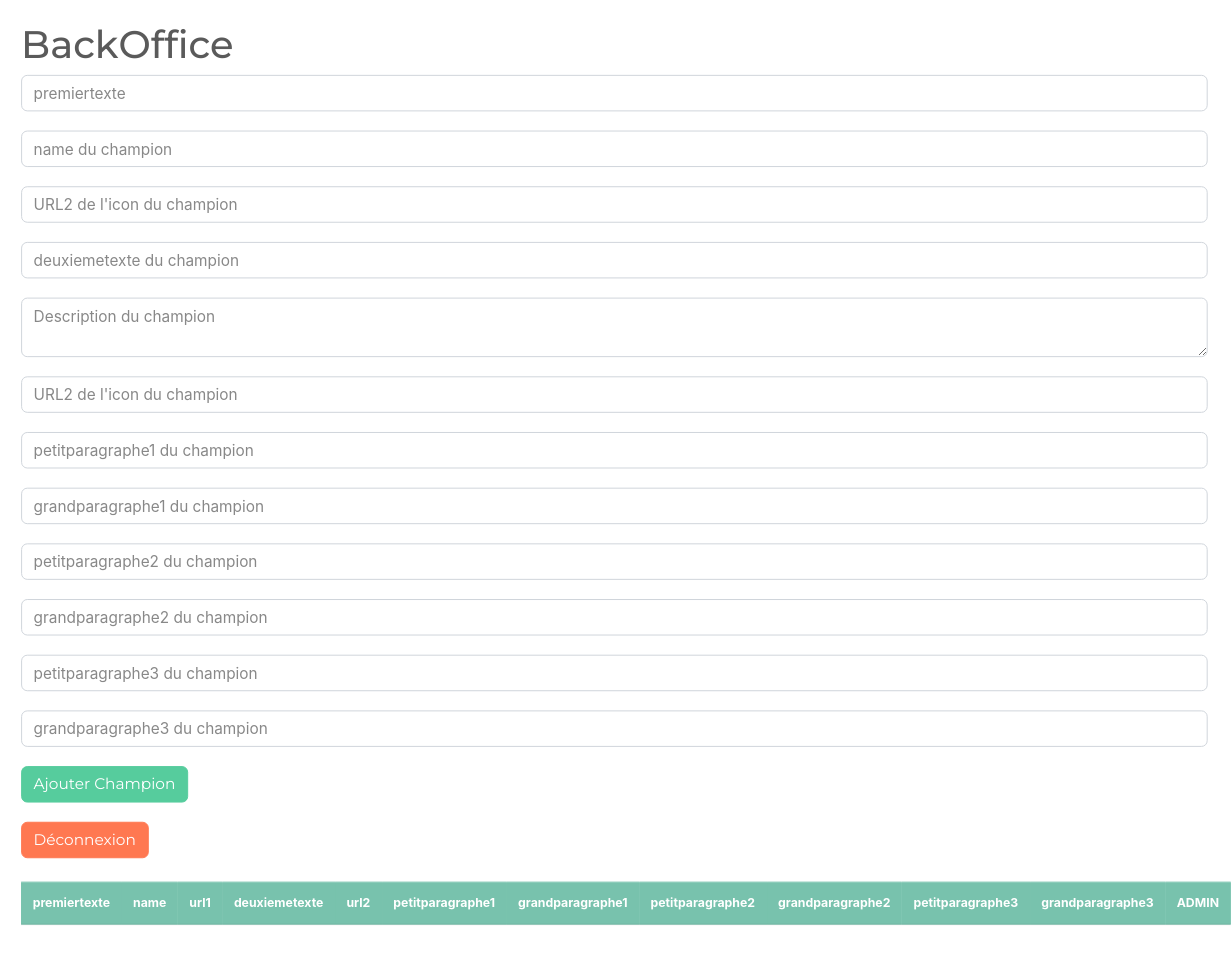
Repository: AdilGHAZAL/MosaiqueWebdoc
Page: /backoffice
An editor plug-in stored every save of this project. The page is shown before and after the next save, followed by the edit.
The browser window is 1280 px wide. The page is 1282 px wide, so the pictures cover 1282 px, including what lies to the right of the window. The pictures show the whole page, at 96% of full size.
The page's requests for data from a server got no answer. Some web fonts or font styles are not loaded; a fallback is used. Some web libraries are served in a nearby version. The project was rebuilt for these pictures with package versions that can differ from the ones it lists, and the page was loaded fresh each time. No one was signed in, and anything a server would have sent is missing. Also part of the build but not shown: vite.config.js, src/App.css, src/components/Navbar.css, src/components/Navbar.jsx, src/components/Athletes.css, src/components/Athletes.jsx, src/components/Athletes2.jsx, src/components/Athletes3.jsx and 18 more.

Above is the page before, as saved 2024-05-02 19:04:50.

### index.html
<!doctype html>
<html lang="en">
  <head>
    <meta charset="UTF-8" />
    <link rel="icon" type="image/svg+xml" href="./src/logos/logoMosaique.svg" />
    <meta name="viewport" content="width=device-width, initial-scale=1.0" />
    <title>Mosaique</title>
    <link rel="preconnect" href="https://fonts.googleapis.com">
<link rel="preconnect" href="https://fonts.gstatic.com" crossorigin>
<link href="https://fonts.googleapis.com/css2?family=Mina:wght@400;700&display=swap" rel="stylesheet">
<link rel="stylesheet" href="https://cdn.jsdelivr.net/npm/bootswatch@4.5.2/dist/minty/bootstrap.min.css">
  </head>
  <body>
    <div id="root"></div>
    <script type="module" src="/src/main.jsx"></script>
  </body>
</html>

### src/App.jsx
// App.jsx
import React from 'react';
import { BrowserRouter as Router, Routes, Route} from 'react-router-dom';
import './App.css'; // Import the CSS file
import HomePage from './components/HomePage';
import Athlete1 from './Athelete1/Athlete1'; // Import the NouvellePage component
import LoginScreen from './LoginScreen';
import MainView from './backoffice';
import TrainingPage from './TrainingPage';
const App = () => {
    return (
        <Router>

                <Routes>
                    <Route path="/" element={<HomePage/>} />
                    <Route path="/Athlete1" element={<Athlete1/>} />
                    <Route path="/login" element={<LoginScreen/>  }/>
                    <Route path='/backoffice'element={<MainView/>}/>
                </Routes>

        </Router>
    );
};

export default App;

### src/index.css
:root {
  --rose: #E9257F

}

### src/backoffice.jsx
import React, { useState, useEffect } from 'react';
import { getFirestore, collection, addDoc, getDocs, deleteDoc, doc, updateDoc } from "firebase/firestore";
import { getAuth, signOut } from "firebase/auth";
import "./firebaseConfig"

export default function MainView() {
  const [champions, setChampions] = useState([]);
  const [championData, setChampionData] = useState({
    premiertexte: '',
    name: '',
    url1: '',
    deuxiemetexte: '',
    url2: '',
    petitparagraphe1: '',
    grandparagraphe1: '',
    petitparagraphe2: '',
    grandparagraphe2: '',
    petitparagraphe3: '',
    grandparagraphe3: '',
  });
  const [editingChampionId, setEditingChampionId] = useState(null);
  const auth = getAuth();
  const firestore = getFirestore();

  useEffect(() => {
    const fetchChampions = async () => {
      const championsSnapshot = await getDocs(collection(firestore, "champions"));
      const championsData = championsSnapshot.docs.map(doc => ({ id: doc.id, ...doc.data() }));
      setChampions(championsData);
    };

    fetchChampions();
  }, [firestore]);

  const handleInputChange = (e) => {
    const { name, value } = e.target;
    setChampionData({ ...championData, [name]: value });
  };

  const handleAddChampion = async (e) => {
    e.preventDefault();
    try {
      await addDoc(collection(firestore, "champions"), championData);
      console.log("Champion ajouté avec succès");
      // Réinitialiser les données du champion après l'ajout réussi
      setChampionData({
        premiertexte: '',
    name: '',
    url1: '',
    deuxiemetexte: '',
    url2: '',
    petitparagraphe1: '',
    grandparagraphe1: '',
    petitparagraphe2: '',
    grandparagraphe2: '',
    petitparagraphe3: '',
    grandparagraphe3: '',
      });
    } catch (error) {
      console.error("Erreur lors de l'ajout du champion :", error);
    }
  };


  const handleEditChampion = (champion) => {
    setEditingChampionId(champion.id);
    setChampionData({
        premiertexte: champion.premiertexte,
    name: champion.name,
    url1: champion.url1,
    deuxiemetexte: champion.deuxiemetexte,
    url2: champion.url2,
    petitparagraphe1: champion.petitparagraphe1,
    grandparagraphe1: champion.grandparagraphe1,
    petitparagraphe2: champion.petitparagraphe2,
    grandparagraphe2: champion.grandparagraphe2,
    petitparagraphe3: champion.petitparagraphe3,
    grandparagraphe3: champion.grandparagraphe3,
    });
  };

  const handleUpdateChampion = async () => {
    try {
      await updateDoc(doc(firestore, "champions", editingChampionId), {
        premiertexte: championData.premiertexte,
    name: championData.name,
    url1: championData.url1,
    deuxiemetexte: championData.deuxiemetexte,
    url2: championData.url2,
    petitparagraphe1: championData.petitparagraphe1,
    grandparagraphe1: championData.grandparagraphe1,
    petitparagraphe2: championData.petitparagraphe2,
    grandparagraphe2: championData.grandparagraphe2,
    petitparagraphe3: championData.petitparagraphe3,
    grandparagraphe3: championData.grandparagraphe3,
      });
      console.log("Champion mis à jour avec succès");
      // Mettre à jour le tableau des champions après la mise à jour
      const updatedChampions = champions.map(champion => {
        if (champion.id === editingChampionId) {
          return {
            ...champion,
            premiertexte: championData.premiertexte,
    name: championData.name,
    url1: championData.url1,
    deuxiemetexte: championData.deuxiemetexte,
    url2: championData.url2,
    petitparagraphe1: championData.petitparagraphe1,
    grandparagraphe1: championData.grandparagraphe1,
    petitparagraphe2: championData.petitparagraphe2,
    grandparagraphe2: championData.grandparagraphe2,
    petitparagraphe3: championData.petitparagraphe3,
    grandparagraphe3: championData.grandparagraphe3,
          };
        }
        return champion;
      });
      setChampions(updatedChampions);
      // Réinitialiser les données du champion après la mise à jour réussie
      setChampionData({
        premiertexte: '',
    name: '',
    url1: '',
    deuxiemetexte: '',
    url2: '',
    petitparagraphe1: '',
    grandparagraphe1: '',
    petitparagraphe2: '',
    grandparagraphe2: '',
    petitparagraphe3: '',
    grandparagraphe3: '',
      });
      setEditingChampionId(null);
    } catch (error) {
      console.error("Erreur lors de la mise à jour du champion :", error);
    }
  };

  const handleDeleteChampion = async (id) => {
    try {
      await deleteDoc(doc(firestore, "champions", id));
      console.log("Champion supprimé avec succès");
      // Mettre à jour la liste des champions après la suppression
      setChampions(champions.filter(champion => champion.id !== id));
    } catch (error) {
      console.error("Erreur lors de la suppression du champion :", error);
    }
  };

  const handleSignOut = () => {
    signOut(auth)
      .then(() => {
        console.log("Déconnexion réussie");
        // Naviguer vers la pweight de connexion après la déconnexion
      })
      .catch((error) => {
        console.error("Erreur lors de la déconnexion :", error);
      });
  };

  return (
    <>
    <div style={{width:'100vw', padding:"22px"}}>
      <h1>BackOffice</h1>
      <form style={{marginBottom:"20px"}} onSubmit={editingChampionId ? handleUpdateChampion : handleAddChampion}>
        <input style={{marginBottom:"20px"}} className='form-control' type="text" name="premiertexte" value={championData.premiertexte} onChange={handleInputChange} placeholder="premiertexte" required />
        <input style={{marginBottom:"20px"}} className='form-control' type="text" name="name" value={championData.name} onChange={handleInputChange} placeholder="name du champion" required />
        <input style={{marginBottom:"20px"}} className='form-control' type="url" name="url1" value={championData.url1} onChange={handleInputChange} placeholder="URL2 de l'icon du champion" required />
        <input style={{marginBottom:"20px"}} className='form-control' type="text" name="deuxiemetexte" value={championData.deuxiemetexte} onChange={handleInputChange} placeholder="deuxiemetexte du champion" required />
        <textarea style={{marginBottom:"20px"}} className='form-control' name="description" value={championData.description} onChange={handleInputChange} placeholder="Description du champion" required />
        <input style={{marginBottom:"20px"}} className='form-control' type="url" name="url2" value={championData.url2} onChange={handleInputChange} placeholder="URL2 de l'icon du champion" />
        <input style={{marginBottom:"20px"}} className='form-control' type="text" name="petitparagraphe1" value={championData.petitparagraphe1} onChange={handleInputChange} placeholder="petitparagraphe1 du champion" required />
        <input style={{marginBottom:"20px"}} className='form-control' type="text" name="grandparagraphe1" value={championData.grandparagraphe1} onChange={handleInputChange} placeholder="grandparagraphe1 du champion" required />
        <input style={{marginBottom:"20px"}} className='form-control' type="text" name="petitparagraphe2" value={championData.petitparagraphe2} onChange={handleInputChange} placeholder="petitparagraphe2 du champion" required />
        <input style={{marginBottom:"20px"}} className='form-control' type="text" name="grandparagraphe2" value={championData.grandparagraphe2} onChange={handleInputChange} placeholder="grandparagraphe2 du champion" required />
        <input style={{marginBottom:"20px"}} className='form-control' type="text" name="petitparagraphe3" value={championData.petitparagraphe3} onChange={handleInputChange} placeholder="petitparagraphe3 du champion" required />
        <input style={{marginBottom:"20px"}} className='form-control' type="text" name="grandparagraphe3" value={championData.grandparagraphe3} onChange={handleInputChange} placeholder="grandparagraphe3 du champion" required />
        <button className='btn btn-success' type="submit">{editingChampionId ? "Mettre à jour Champion" : "Ajouter Champion"}</button>
      </form>
      <button className='btn btn-danger' title='Déconnexion' onClick={handleSignOut}>Déconnexion</button>

      <table className='table table-hover mt-4' style={{fontSize:'0.8rem'}}>
        <thead>
          <tr className='table-primary'>
          <th scope='col'>premiertexte</th>
            <th scope='col'>name</th>
            <th scope='col'>url1</th>
            <th scope='col'>deuxiemetexte</th>
            <th scope='col'>url2</th>
            <th scope='col'>petitparagraphe1</th>
            <th scope='col'>grandparagraphe1</th>
            <th scope='col'>petitparagraphe2</th>
            <th scope='col'>grandparagraphe2</th>
            <th scope='col'>petitparagraphe3</th>
            <th scope='col'>grandparagraphe3</th>
            <th>ADMIN</th>
          </tr>
        </thead>
        <tbody>
          {champions.map((champion) => (
            <tr key={champion.id}>
              <td>{champion.premiertexte}</td>
              <td>{champion.name}</td>
              <td>{champion.url1}</td>
              <td>{champion.deuxiemetexte}</td>
              <td>{champion.url2}</td>
              <td>{champion.petitparagraphe1}</td>
              <td>{champion.grandparagraphe1}</td>
              <td>{champion.petitparagraphe2}</td>
              <td>{champion.grandparagraphe2}</td>
              <td>{champion.petitparagraphe3}</td>
              <td>{champion.grandparagraphe3}</td>
              <td>
                <button className='btn btn-danger' onClick={() => handleDeleteChampion(champion.id)}>Supprimer</button>
                <button className='btn btn-warning' onClick={() => handleEditChampion(champion)}>Modifier</button>
              </td>
            </tr>
          ))}
        </tbody>
      </table>
      </div>
    </>
  );
}

### src/components/HomePage.css
/* App.css */
body {
    margin: 0;
    background-color: #ffffff;
    color: #000000;
    display: flex;
    flex-direction: column;
    align-items: center;
    justify-content: center;
    min-height: 100vh;

  }

  .app-container {
      font-family: "SF Pro Display-Medium", Helvetica;
    width: 100vw;
    height: 100%;
    min-height: 100vh;
    /*  background-image: url('./assets/ub1.png');*/
    display: flex;
    flex-direction: column;
    margin: auto;
    background-color: #ffffff;
  }

  .main-title {
    font-family: 'SF Pro Display', sans-serif;
    font-size: 70px;
    font-weight: 500;
    line-height: 83.54px;
    text-align: center;
    margin-top: 100px;
  }

  .bold-text {
    font-weight: 700;
  }

  .content {
    padding: 20px;
    width: 100%;
    max-width: 1200px;
    margin: auto;

  }

  .UBimage {
    width: auto;
  }

  .bottom-text {
    font-size: 18px;
    text-align: center;
    margin-top: 30px;
  }
  .scroll-reveal > * {
    /* text-align: justify; */
    display: inline;
    color:hsl(0deg 22.14% 64.8% / 20%);
    font-size: 60px;
    font-weight: 500;
    background-clip: text;
    background-repeat: no-repeat;
    background-size: 0% 100%;
    background-image: linear-gradient( #E9257F, #ce1f71 );
    animation: scroll-reveal linear forwards;
    animation-timeline: view();
  }

  .scroll-text {

    text-align: justify;
  }
  @keyframes scroll-reveal {
    to {
      background-size: 100% 100%;
    }
  }
  .scroll-reveal p {
    /* font-family: SF Pro Display; */


  }

  .scrollPhotos {
    display: flex;
    justify-content: flex-start; /* Align photos to the maximum left */
    width: 100%;
    overflow-x: auto; /* Enable horizontal scrolling if photos exceed container width */
    padding: 20px 0; /* Optional padding */
  }

### src/firebaseConfig.jsx
// Import the functions you need from the SDKs you need
import { initializeApp } from "firebase/app";
import { getAuth } from "firebase/auth";
import { getFirestore } from "firebase/firestore";
// TODO: Add SDKs for Firebase products that you want to use
// https://firebase.google.com/docs/web/setup#available-libraries

// Your web app's Firebase configuration
const firebaseConfig = {
  apiKey: "AIzaSyAUMnE3uMe61y8NbS4tX2Nn4PoW8VoGS0U",
  authDomain: "webdoc-a4a03.firebaseapp.com",
  projectId: "webdoc-a4a03",
  storageBucket: "webdoc-a4a03.appspot.com",
  messagingSenderId: "931293814028",
  appId: "1:931293814028:web:5bc01cfec675ae5bf27d29"
};

// Initialize Firebase
export const FIREBASE_APP = initializeApp(firebaseConfig);
export const FIREBASE_AUTH=getAuth(FIREBASE_APP)
export const db=getFirestore(FIREBASE_APP)

Loaded but not shown: src/main.jsx (common file)

After the next save:
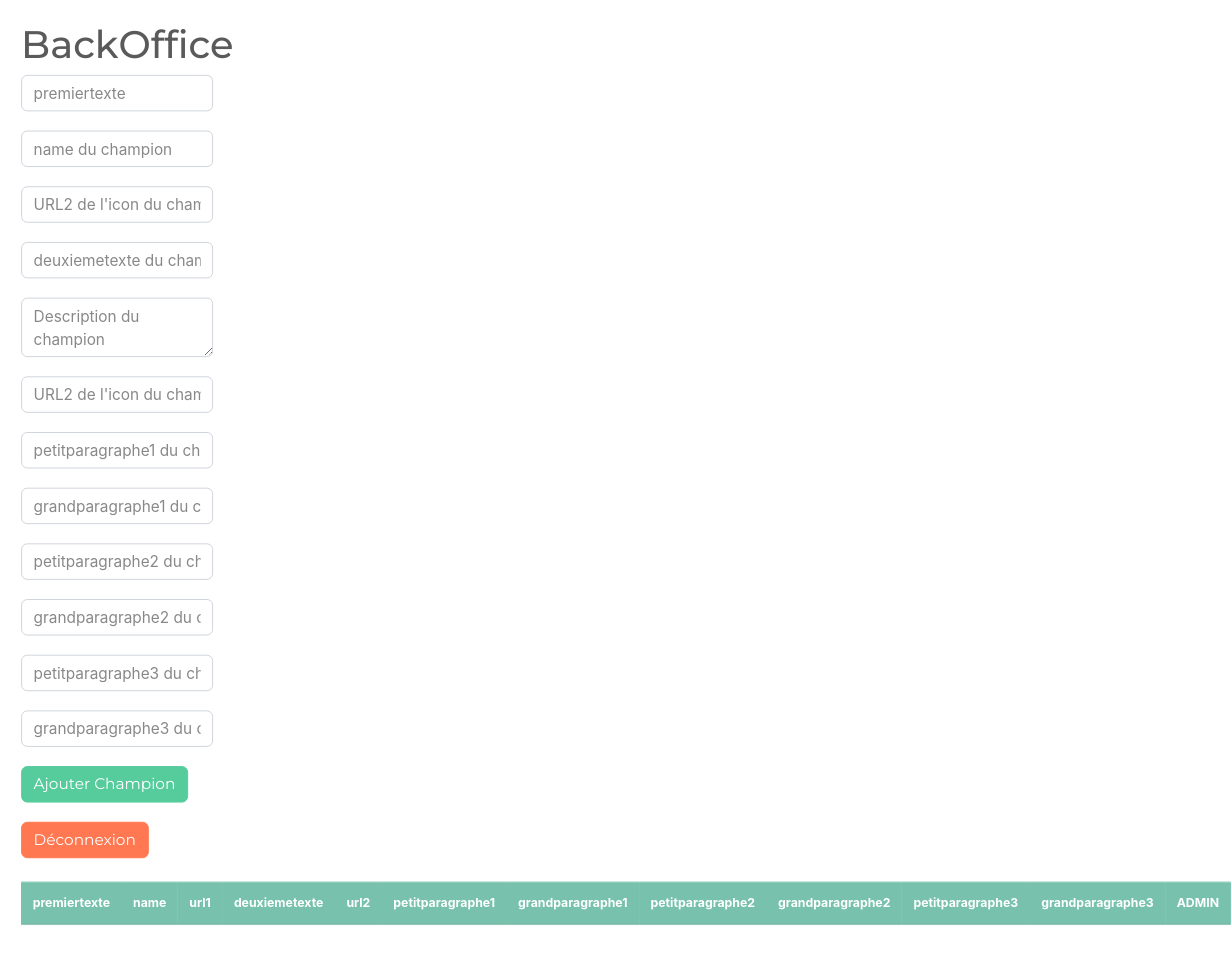
Saved 47 s later.
--- a/src/backoffice.jsx
+++ b/src/backoffice.jsx
@@ -162,19 +162,19 @@ export default function MainView() {
     <>
     <div style={{width:'100vw', padding:"22px"}}>
       <h1>BackOffice</h1>
-      <form style={{marginBottom:"20px"}} onSubmit={editingChampionId ? handleUpdateChampion : handleAddChampion}>
-        <input style={{marginBottom:"20px"}} className='form-control' type="text" name="premiertexte" value={championData.premiertexte} onChange={handleInputChange} placeholder="premiertexte" required />
-        <input style={{marginBottom:"20px"}} className='form-control' type="text" name="name" value={championData.name} onChange={handleInputChange} placeholder="name du champion" required />
-        <input style={{marginBottom:"20px"}} className='form-control' type="url" name="url1" value={championData.url1} onChange={handleInputChange} placeholder="URL2 de l'icon du champion" required />
-        <input style={{marginBottom:"20px"}} className='form-control' type="text" name="deuxiemetexte" value={championData.deuxiemetexte} onChange={handleInputChange} placeholder="deuxiemetexte du champion" required />
-        <textarea style={{marginBottom:"20px"}} className='form-control' name="description" value={championData.description} onChange={handleInputChange} placeholder="Description du champion" required />
-        <input style={{marginBottom:"20px"}} className='form-control' type="url" name="url2" value={championData.url2} onChange={handleInputChange} placeholder="URL2 de l'icon du champion" />
-        <input style={{marginBottom:"20px"}} className='form-control' type="text" name="petitparagraphe1" value={championData.petitparagraphe1} onChange={handleInputChange} placeholder="petitparagraphe1 du champion" required />
-        <input style={{marginBottom:"20px"}} className='form-control' type="text" name="grandparagraphe1" value={championData.grandparagraphe1} onChange={handleInputChange} placeholder="grandparagraphe1 du champion" required />
-        <input style={{marginBottom:"20px"}} className='form-control' type="text" name="petitparagraphe2" value={championData.petitparagraphe2} onChange={handleInputChange} placeholder="petitparagraphe2 du champion" required />
-        <input style={{marginBottom:"20px"}} className='form-control' type="text" name="grandparagraphe2" value={championData.grandparagraphe2} onChange={handleInputChange} placeholder="grandparagraphe2 du champion" required />
-        <input style={{marginBottom:"20px"}} className='form-control' type="text" name="petitparagraphe3" value={championData.petitparagraphe3} onChange={handleInputChange} placeholder="petitparagraphe3 du champion" required />
-        <input style={{marginBottom:"20px"}} className='form-control' type="text" name="grandparagraphe3" value={championData.grandparagraphe3} onChange={handleInputChange} placeholder="grandparagraphe3 du champion" required />
+      <form style={{marginBottom:"20px", width:"200px"}} onSubmit={editingChampionId ? handleUpdateChampion : handleAddChampion}>
+        <input style={{marginBottom:"20px", width:"200px"}} className='form-control' type="text" name="premiertexte" value={championData.premiertexte} onChange={handleInputChange} placeholder="premiertexte" required />
+        <input style={{marginBottom:"20px", width:"200px"}} className='form-control' type="text" name="name" value={championData.name} onChange={handleInputChange} placeholder="name du champion" required />
+        <input style={{marginBottom:"20px", width:"200px"}} className='form-control' type="url" name="url1" value={championData.url1} onChange={handleInputChange} placeholder="URL2 de l'icon du champion" required />
+        <input style={{marginBottom:"20px", width:"200px"}} className='form-control' type="text" name="deuxiemetexte" value={championData.deuxiemetexte} onChange={handleInputChange} placeholder="deuxiemetexte du champion" required />
+        <textarea style={{marginBottom:"20px", width:"200px"}} className='form-control' name="description" value={championData.description} onChange={handleInputChange} placeholder="Description du champion" required />
+        <input style={{marginBottom:"20px", width:"200px"}} className='form-control' type="url" name="url2" value={championData.url2} onChange={handleInputChange} placeholder="URL2 de l'icon du champion" />
+        <input style={{marginBottom:"20px", width:"200px"}} className='form-control' type="text" name="petitparagraphe1" value={championData.petitparagraphe1} onChange={handleInputChange} placeholder="petitparagraphe1 du champion" required />
+        <input style={{marginBottom:"20px", width:"200px"}} className='form-control' type="text" name="grandparagraphe1" value={championData.grandparagraphe1} onChange={handleInputChange} placeholder="grandparagraphe1 du champion" required />
+        <input style={{marginBottom:"20px", width:"200px"}} className='form-control' type="text" name="petitparagraphe2" value={championData.petitparagraphe2} onChange={handleInputChange} placeholder="petitparagraphe2 du champion" required />
+        <input style={{marginBottom:"20px", width:"200px"}} className='form-control' type="text" name="grandparagraphe2" value={championData.grandparagraphe2} onChange={handleInputChange} placeholder="grandparagraphe2 du champion" required />
+        <input style={{marginBottom:"20px", width:"200px"}} className='form-control' type="text" name="petitparagraphe3" value={championData.petitparagraphe3} onChange={handleInputChange} placeholder="petitparagraphe3 du champion" required />
+        <input style={{marginBottom:"20px", width:"200px"}} className='form-control' type="text" name="grandparagraphe3" value={championData.grandparagraphe3} onChange={handleInputChange} placeholder="grandparagraphe3 du champion" required />
         <button className='btn btn-success' type="submit">{editingChampionId ? "Mettre à jour Champion" : "Ajouter Champion"}</button>
       </form>
       <button className='btn btn-danger' title='Déconnexion' onClick={handleSignOut}>Déconnexion</button>
